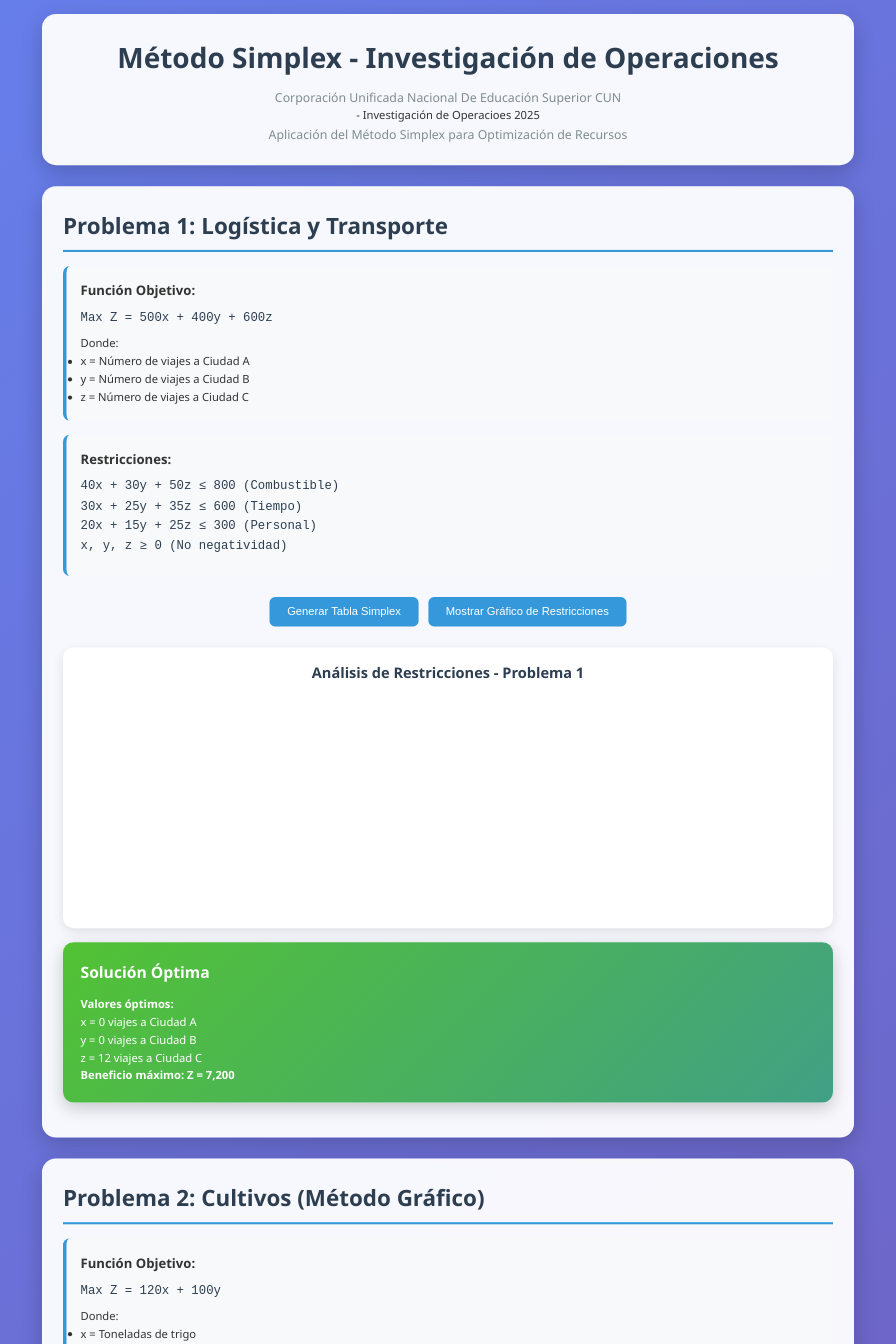
Repository: Milacurtero/Aca_Investigaci-n_de_-Operaciones
Page: Index.html
The author's editor kept a copy of each file at every save. The page is drawn from the files as they stood at one save, then again after the next save.
The browser window is 1280 px wide. The pictures show the part of the page from y = 0 to 1920 px (the page is 5611 px tall before and 5583 px after), at 70% of full size.

Above is the page before, as saved 2025-07-04 21:49:46.

### Index.html
<!DOCTYPE html>
<html lang="es">
<head>
    <meta charset="UTF-8">
    <meta name="viewport" content="width=device-width, initial-scale=1.0">
    <title>Método Simplex - Auditoria de Sistemas CUN 2025</title>
    <script src="https://cdnjs.cloudflare.com/ajax/libs/Chart.js/3.9.1/chart.min.js"></script>
    <script src="https://cdnjs.cloudflare.com/ajax/libs/mathjs/11.11.0/math.min.js"></script>
    <style>
        * {
            margin: 0;
            padding: 0;
            box-sizing: border-box;
        }

        body {
            font-family: 'Segoe UI', Tahoma, Geneva, Verdana, sans-serif;
            background: linear-gradient(135deg, #667eea 0%, #764ba2 100%);
            color: #333;
            line-height: 1.6;
        }

        .container {
            max-width: 1200px;
            margin: 0 auto;
            padding: 20px;
        }

        .header {
            background: rgba(255, 255, 255, 0.95);
            padding: 30px;
            border-radius: 20px;
            margin-bottom: 30px;
            box-shadow: 0 10px 30px rgba(0, 0, 0, 0.2);
            text-align: center;
        }

        .header h1 {
            color: #2c3e50;
            font-size: 2.5em;
            margin-bottom: 10px;
            font-weight: 700;
        }

        .header p {
            color: #7f8c8d;
            font-size: 1.1em;
        }

        .problem-section {
            background: rgba(255, 255, 255, 0.95);
            padding: 30px;
            border-radius: 20px;
            margin-bottom: 30px;
            box-shadow: 0 10px 30px rgba(0, 0, 0, 0.2);
        }

        .problem-title {
            color: #2c3e50;
            font-size: 2em;
            margin-bottom: 20px;
            border-bottom: 3px solid #3498db;
            padding-bottom: 10px;
        }

        .math-content {
            background: #f8f9fa;
            padding: 20px;
            border-radius: 10px;
            margin: 20px 0;
            border-left: 5px solid #3498db;
        }

        .math-formula {
            font-family: 'Courier New', monospace;
            font-size: 1.1em;
            color: #2c3e50;
            margin: 10px 0;
        }

        .chart-container {
            background: white;
            padding: 20px;
            border-radius: 15px;
            margin: 20px 0;
            box-shadow: 0 5px 15px rgba(0, 0, 0, 0.1);
        }

        .chart-title {
            text-align: center;
            color: #2c3e50;
            font-size: 1.3em;
            margin-bottom: 20px;
            font-weight: 600;
        }

        .simplex-table {
            width: 100%;
            border-collapse: collapse;
            margin: 20px 0;
            background: white;
            border-radius: 10px;
            overflow: hidden;
            box-shadow: 0 5px 15px rgba(0, 0, 0, 0.1);
        }

        .simplex-table th,
        .simplex-table td {
            padding: 12px 15px;
            text-align: center;
            border-bottom: 1px solid #ddd;
        }

        .simplex-table th {
            background: #3498db;
            color: white;
            font-weight: 600;
        }

        .simplex-table tr:hover {
            background-color: #f5f5f5;
        }

        .solution-box {
            background: linear-gradient(135deg, #52c234 0%, #41a085 100%);
            color: white;
            padding: 25px;
            border-radius: 15px;
            margin: 20px 0;
            box-shadow: 0 8px 25px rgba(0, 0, 0, 0.2);
        }

        .solution-title {
            font-size: 1.4em;
            margin-bottom: 15px;
            font-weight: 600;
        }

        .grid-container {
            display: grid;
            grid-template-columns: repeat(auto-fit, minmax(400px, 1fr));
            gap: 20px;
            margin: 20px 0;
        }

        .step-box {
            background: #ecf0f1;
            padding: 20px;
            border-radius: 10px;
            border-left: 4px solid #e74c3c;
        }

        .step-title {
            color: #2c3e50;
            font-weight: 600;
            margin-bottom: 10px;
        }

        .btn {
            background: #3498db;
            color: white;
            padding: 12px 25px;
            border: none;
            border-radius: 8px;
            cursor: pointer;
            font-size: 1em;
            margin: 10px 5px;
            transition: background-color 0.3s;
        }

        .btn:hover {
            background: #2980b9;
        }

        .visualization-controls {
            text-align: center;
            margin: 20px 0;
        }

        @media (max-width: 768px) {
            .container {
                padding: 10px;
            }

            .header h1 {
                font-size: 2em;
            }

            .grid-container {
                grid-template-columns: 1fr;
            }
        }
    </style>
</head>
<body>
    <div class="container">
        <div class="header">
            <h1>Método Simplex - Investigación de Operaciones</h1>
            <p>Corporación Unificada Nacional De Educación Superior CUN</p>
 - Investigación de Operacioes 2025</p>
            <p>Aplicación del Método Simplex para Optimización de Recursos</p>
        </div>

        <!-- Problema 1: Logística y Transporte -->
        <div class="problem-section">
            <h2 class="problem-title">Problema 1: Logística y Transporte</h2>

            <div class="math-content">
                <h3>Función Objetivo:</h3>
                <div class="math-formula">Max Z = 500x + 400y + 600z</div>
                <p>Donde:</p>
                <ul>
                    <li>x = Número de viajes a Ciudad A</li>
                    <li>y = Número de viajes a Ciudad B</li>
                    <li>z = Número de viajes a Ciudad C</li>
                </ul>
            </div>

            <div class="math-content">
                <h3>Restricciones:</h3>
                <div class="math-formula">
                    40x + 30y + 50z ≤ 800 (Combustible)<br>
                    30x + 25y + 35z ≤ 600 (Tiempo)<br>
                    20x + 15y + 25z ≤ 300 (Personal)<br>
                    x, y, z ≥ 0 (No negatividad)
                </div>
            </div>

            <div class="visualization-controls">
                <button class="btn" onclick="generateSimplexTable()">Generar Tabla Simplex</button>
                <button class="btn" onclick="showConstraintsGraph()">Mostrar Gráfico de Restricciones</button>
            </div>

            <div id="simplexTable1"></div>

            <div class="chart-container">
                <div class="chart-title">Análisis de Restricciones - Problema 1</div>
                <canvas id="constraintsChart1" width="400" height="300"></canvas>
            </div>

            <div class="solution-box">
                <div class="solution-title">Solución Óptima</div>
                <div id="solution1">
                    <p><strong>Valores óptimos:</strong></p>
                    <p>x = 0 viajes a Ciudad A</p>
                    <p>y = 0 viajes a Ciudad B</p>
                    <p>z = 12 viajes a Ciudad C</p>
                    <p><strong>Beneficio máximo: Z = 7,200</strong></p>
                </div>
            </div>
        </div>

        <!-- Problema 2: Cultivos -->
        <div class="problem-section">
            <h2 class="problem-title">Problema 2: Cultivos (Método Gráfico)</h2>

            <div class="math-content">
                <h3>Función Objetivo:</h3>
                <div class="math-formula">Max Z = 120x + 100y</div>
                <p>Donde:</p>
                <ul>
                    <li>x = Toneladas de trigo</li>
                    <li>y = Toneladas de maíz</li>
                </ul>
            </div>

            <div class="math-content">
                <h3>Restricciones:</h3>
                <div class="math-formula">
                    5x + 4y ≤ 500 (Agua)<br>
                    4x + 3y ≤ 300 (Fertilizante)<br>
                    x, y ≥ 0 (No negatividad)
                </div>
            </div>

            <div class="visualization-controls">
                <button class="btn" onclick="showGraphicalMethod()">Mostrar Método Gráfico</button>
                <button class="btn" onclick="calculateOptimalPoint()">Calcular Punto Óptimo</button>
            </div>

            <div class="chart-container">
                <div class="chart-title">Método Gráfico - Región Factible</div>
                <canvas id="graphicalChart" width="400" height="400"></canvas>
            </div>

            <div class="solution-box">
                <div class="solution-title">Solución Óptima</div>
                <div id="solution2">
                    <p><strong>Punto óptimo:</strong></p>
                    <p>x = 60 toneladas de trigo</p>
                    <p>y = 20 toneladas de maíz</p>
                    <p><strong>Ganancia máxima: Z = 9,200</strong></p>
                </div>
            </div>
        </div>

        <!-- Análisis Comparativo -->
        <div class="problem-section">
            <h2 class="problem-title">Análisis Comparativo de Problemas</h2>

            <div class="grid-container">
                <div class="chart-container">
                    <div class="chart-title">Comparación de Beneficios</div>
                    <canvas id="benefitsChart" width="400" height="300"></canvas>
                </div>

                <div class="chart-container">
                    <div class="chart-title">Uso de Recursos</div>
                    <canvas id="resourcesChart" width="400" height="300"></canvas>
                </div>
            </div>

            <div class="step-box">
                <div class="step-title">Pasos del Método Simplex</div>
                <ol>
                    <li>Convertir el problema a forma estándar</li>
                    <li>Identificar la solución básica inicial</li>
                    <li>Verificar condiciones de optimalidad</li>
                    <li>Realizar pivoteo si es necesario</li>
                    <li>Iterar hasta encontrar la solución óptima</li>
                </ol>
            </div>
        </div>

        <!-- Aplicación al Proyecto del Colegio -->
        <div class="problem-section">
            <h2 class="problem-title">Aplicación al Proyecto: Colegio Infantil San Andrés</h2>

            <div class="math-content">
                <h3>Modelado de la Reducción de Matrícula</h3>
                <div class="math-formula">
                    Porcentaje de cambio = ((Valor Final - Valor Inicial) / Valor Inicial) × 100%<br><br>
                    Estudiantes: -65% reducción<br>
                    Personal: -37.5% reducción (de 8 a 5 profesores)
                </div>
            </div>

            <div class="chart-container">
                <div class="chart-title">Evolución de Matrícula y Personal (2020-2025)</div>
                <canvas id="collegeChart" width="400" height="300"></canvas>
            </div>

            <div class="solution-box">
                <div class="solution-title">Proyección con Estrategia de Marketing</div>
                <div class="math-formula">
                    M<sub>n</sub> = M<sub>0</sub> × (1 + r<sub>1</sub>) × (1 + r<sub>2</sub>) × ... × (1 + r<sub>n</sub>)
                </div>
                <p>Donde M<sub>n</sub> es la matrícula proyectada y r<sub>i</sub> son las tasas de crecimiento anuales.</p>
            </div>
        </div>
    </div>

    <script>
        // Función para generar la tabla simplex
        function generateSimplexTable() {
            const tableHTML = `
                <table class="simplex-table">
                    <thead>
                        <tr>
                            <th>Variable Básica</th>
                            <th>x</th>
                            <th>y</th>
                            <th>z</th>
                            <th>s₁</th>
                            <th>s₂</th>
                            <th>s₃</th>
                            <th>Solución</th>
                        </tr>
                    </thead>
                    <tbody>
                        <tr>
                            <td>s₁</td>
                            <td>40</td>
                            <td>30</td>
                            <td>50</td>
                            <td>1</td>
                            <td>0</td>
                            <td>0</td>
                            <td>800</td>
                        </tr>
                        <tr>
                            <td>s₂</td>
                            <td>30</td>
                            <td>25</td>
                            <td>35</td>
                            <td>0</td>
                            <td>1</td>
                            <td>0</td>
                            <td>600</td>
                        </tr>
                        <tr>
                            <td>s₃</td>
                            <td>20</td>
                            <td>15</td>
                            <td>25</td>
                            <td>0</td>
                            <td>0</td>
                            <td>1</td>
                            <td>300</td>
                        </tr>
                        <tr style="background-color: #f39c12; color: white;">
                            <td>Z</td>
                            <td>-500</td>
                            <td>-400</td>
                            <td>-600</td>
                            <td>0</td>
                            <td>0</td>
                            <td>0</td>
                            <td>0</td>
                        </tr>
                    </tbody>
                </table>
            `;
            document.getElementById('simplexTable1').innerHTML = tableHTML;
        }

        // Función para mostrar gráfico de restricciones
        function showConstraintsGraph() {
            const ctx = document.getElementById('constraintsChart1').getContext('2d');

            new Chart(ctx, {
                type: 'bar',
                data: {
                    labels: ['Combustible', 'Tiempo', 'Personal'],
                    datasets: [{
                        label: 'Recursos Disponibles',
                        data: [800, 600, 300],
                        backgroundColor: ['#3498db', '#e74c3c', '#2ecc71'],
                        borderColor: ['#2980b9', '#c0392b', '#27ae60'],
                        borderWidth: 2
                    }]
                },
                options: {
                    responsive: true,
                    plugins: {
                        legend: {
                            display: true
                        }
                    },
                    scales: {
                        y: {
                            beginAtZero: true,
                            title: {
                                display: true,
                                text: 'Unidades de Recurso'
                            }
                        }
                    }
                }
            });
        }

        // Función para mostrar método gráfico
        function showGraphicalMethod() {
            const ctx = document.getElementById('graphicalChart').getContext('2d');

            // Crear puntos para las líneas de restricción
            const waterConstraint = [];
            const fertilizerConstraint = [];
            const feasibleRegion = [];

            for (let x = 0; x <= 100; x += 2) {
                // 5x + 4y ≤ 500 → y ≤ (500 - 5x)/4
                const y1 = (500 - 5*x) / 4;
                if (y1 >= 0) waterConstraint.push({x: x, y: y1});

                // 4x + 3y ≤ 300 → y ≤ (300 - 4x)/3
                const y2 = (300 - 4*x) / 3;
                if (y2 >= 0) fertilizerConstraint.push({x: x, y: y2});
            }

            new Chart(ctx, {
                type: 'line',
                data: {
                    datasets: [{
                        label: 'Restricción de Agua: 5x + 4y ≤ 500',
                        data: waterConstraint,
                        borderColor: '#3498db',
                        backgroundColor: 'rgba(52, 152, 219, 0.1)',
                        fill: true,
                        pointRadius: 0
                    }, {
                        label: 'Restricción de Fertilizante: 4x + 3y ≤ 300',
                        data: fertilizerConstraint,
                        borderColor: '#e74c3c',
                        backgroundColor: 'rgba(231, 76, 60, 0.1)',
                        fill: true,
                        pointRadius: 0
                    }, {
                        label: 'Punto Óptimo',
                        data: [{x: 60, y: 20}],
                        borderColor: '#f39c12',
                        backgroundColor: '#f39c12',
                        pointRadius: 8,
                        showLine: false
                    }]
                },
                options: {
                    responsive: true,
                    plugins: {
                        legend: {
                            display: true
                        }
                    },
                    scales: {
                        x: {
                            title: {
                                display: true,
                                text: 'Toneladas de Trigo (x)'
                            },
                            min: 0,
                            max: 100
                        },
                        y: {
                            title: {
                                display: true,
                                text: 'Toneladas de Maíz (y)'
                            },
                            min: 0,
                            max: 125
                        }
                    }
                }
            });
        }

        // Función para calcular punto óptimo
        function calculateOptimalPoint() {
            // Puntos de intersección
            const points = [
                {x: 0, y: 0, z: 0}, // Origen
                {x: 100, y: 0, z: 12000}, // (100, 0)
                {x: 0, y: 100, z: 10000}, // (0, 100)
                {x: 60, y: 20, z: 9200}  // Intersección
            ];

            const optimal = points.reduce((max, point) =>
                point.z > max.z ? point : max
            );

            alert(`Punto óptimo encontrado:\nx = ${optimal.x} toneladas de trigo\ny = ${optimal.y} toneladas de maíz\nGanancia máxima: ${optimal.z}`);
        }

        // Inicializar gráficos al cargar la página
        window.onload = function() {
            // Gráfico de comparación de beneficios
            const benefitsCtx = document.getElementById('benefitsChart').getContext('2d');
            new Chart(benefitsCtx, {
                type: 'doughnut',
                data: {
                    labels: ['Problema 1: Logística', 'Problema 2: Cultivos'],
                    datasets: [{
                        data: [7200, 9200],
                        backgroundColor: ['#3498db', '#2ecc71'],
                        borderColor: ['#2980b9', '#27ae60'],
                        borderWidth: 3
                    }]
                },
                options: {
                    responsive: true,
                    plugins: {
                        legend: {
                            position: 'bottom'
                        }
                    }
                }
            });

            // Gráfico de uso de recursos
            const resourcesCtx = document.getElementById('resourcesChart').getContext('2d');
            new Chart(resourcesCtx, {
                type: 'radar',
                data: {
                    labels: ['Eficiencia', 'Complejidad', 'Recursos Utilizados', 'Beneficio', 'Viabilidad'],
                    datasets: [{
                        label: 'Problema 1: Logística',
                        data: [85, 90, 75, 72, 88],
                        borderColor: '#3498db',
                        backgroundColor: 'rgba(52, 152, 219, 0.2)',
                        pointBackgroundColor: '#3498db'
                    }, {
                        label: 'Problema 2: Cultivos',
                        data: [95, 60, 85, 92, 95],
                        borderColor: '#2ecc71',
                        backgroundColor: 'rgba(46, 204, 113, 0.2)',
                        pointBackgroundColor: '#2ecc71'
                    }]
                },
                options: {
                    responsive: true,
                    scales: {
                        r: {
                            beginAtZero: true,
                            max: 100
                        }
                    }
                }
            });

            // Gráfico del colegio
            const collegeCtx = document.getElementById('collegeChart').getContext('2d');
            new Chart(collegeCtx, {
                type: 'line',
                data: {
                    labels: ['2020', '2021', '2022', '2023', '2024', '2025'],
                    datasets: [{
                        label: 'Estudiantes',
                        data: [200, 160, 120, 90, 75, 70],
                        borderColor: '#e74c3c',
                        backgroundColor: 'rgba(231, 76, 60, 0.1)',
                        tension: 0.4
                    }, {
                        label: 'Personal Docente',
                        data: [8, 7, 6, 6, 5, 5],
                        borderColor: '#3498db',
                        backgroundColor: 'rgba(52, 152, 219, 0.1)',
                        tension: 0.4
                    }]
                },
                options: {
                    responsive: true,
                    plugins: {
                        legend: {
                            display: true
                        }
                    },
                    scales: {
                        y: {
                            beginAtZero: true,
                            title: {
                                display: true,
                                text: 'Cantidad'
                            }
                        }
                    }
                }
            });
        };
    </script>
</body>
</html>

After the next save:
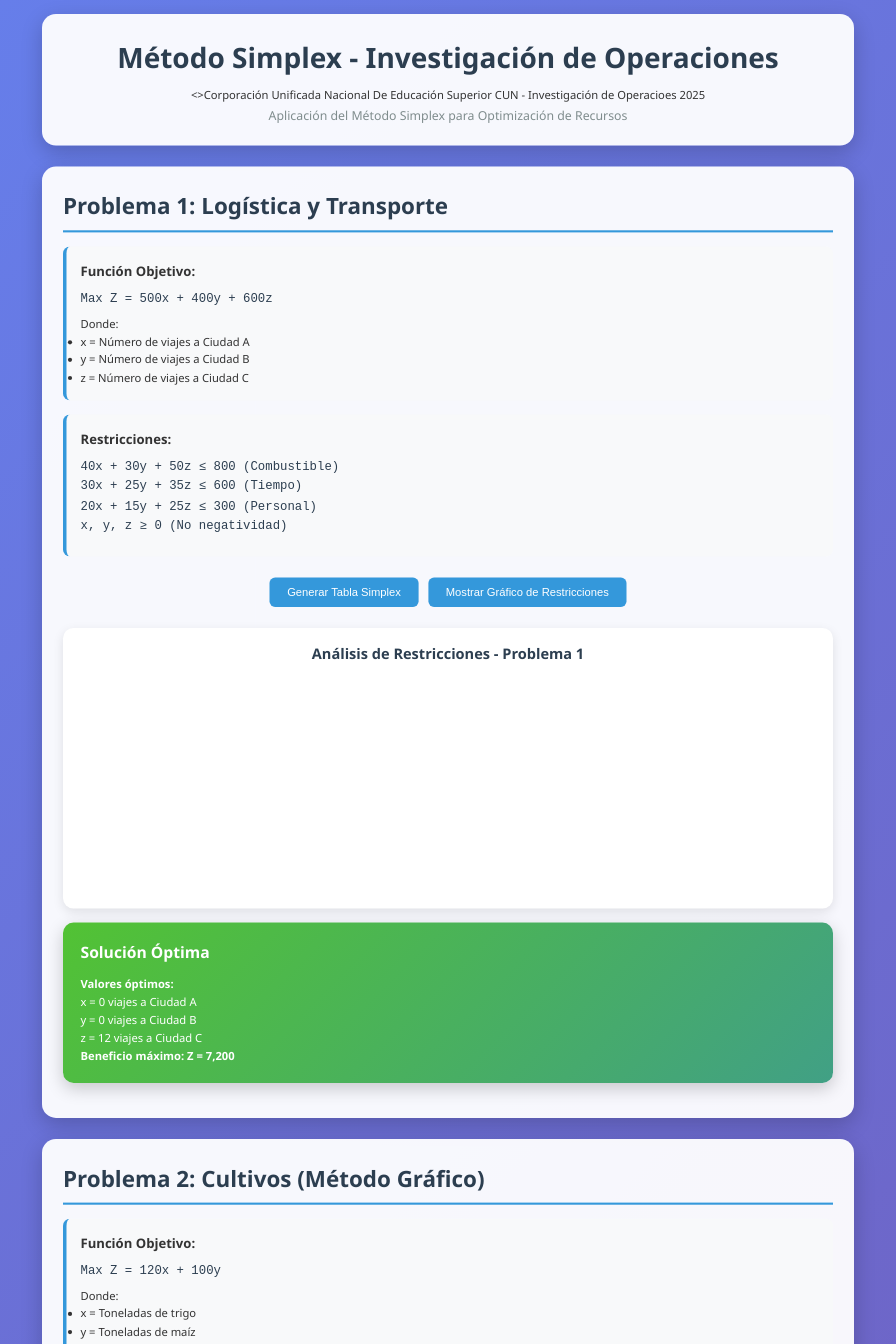
Saved 10 s later.
--- a/Index.html
+++ b/Index.html
@@ -196,7 +196,7 @@
     <div class="container">
         <div class="header">
             <h1>Método Simplex - Investigación de Operaciones</h1>
-            <p>Corporación Unificada Nacional De Educación Superior CUN</p>
+            <>Corporación Unificada Nacional De Educación Superior CUN
  - Investigación de Operacioes 2025</p>
             <p>Aplicación del Método Simplex para Optimización de Recursos</p>
         </div>
